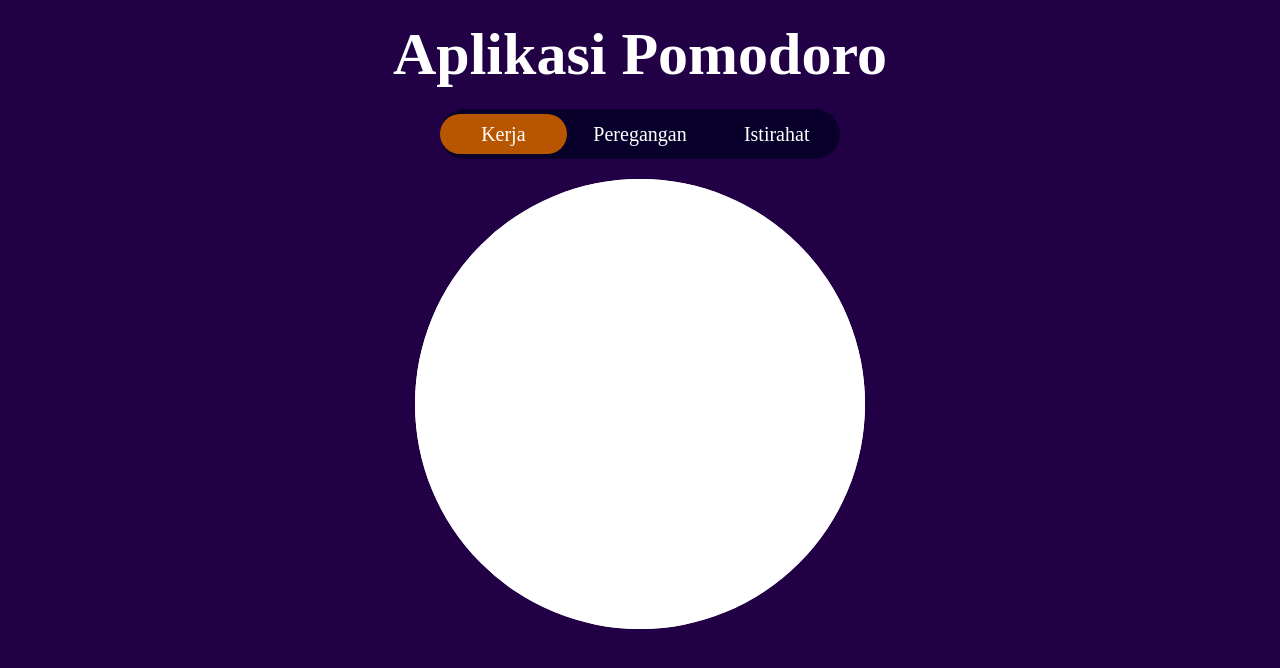
Repository: sellayspy/aplikasiPomodoro
Page: /
These files come from the project's save history. The page is drawn as it stood at one moment and after the next save; the edit follows.
The browser window is 1280 px wide. The pictures show the whole page.
The project was rebuilt for these pictures with package versions that can differ from the ones it lists, and the page was loaded fresh each time. Also part of the build but not shown: vite.config.js.

Above is the page before, as saved 2024-11-25 13:43:22.

After the next save:
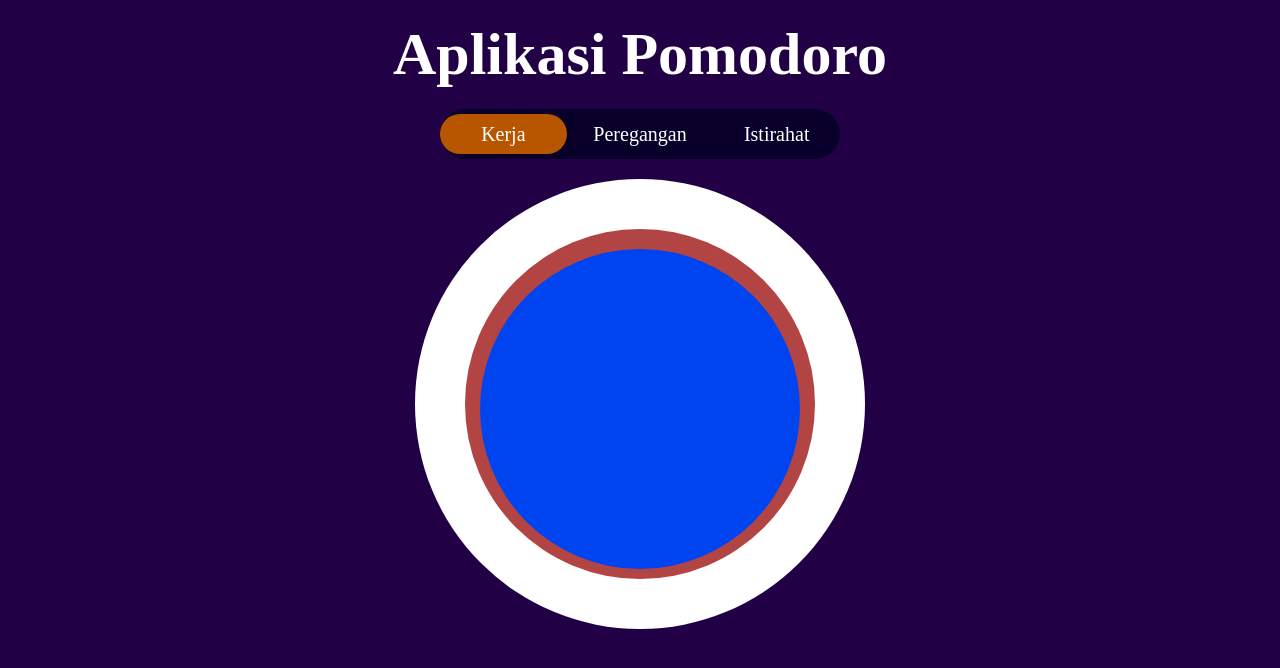
Saved 37 s later.
--- a/src/components/Timer.jsx
+++ b/src/components/Timer.jsx
@@ -1,9 +1,10 @@
 import styled from "styled-components";
+import TimerProgress from "./TimerProgress";
 
 const Timer = () => {
   return (
     <TimerContainer>
-      <TimerContainer />
+      <TimerProgress />
     </TimerContainer>
   );
 };
@@ -16,4 +17,6 @@ const TimerContainer = styled.div`
   background: white;
   margin: 2rem auto;
   border-radius: 50%;
+  display: grid;
+  place-items: center;
 `;
